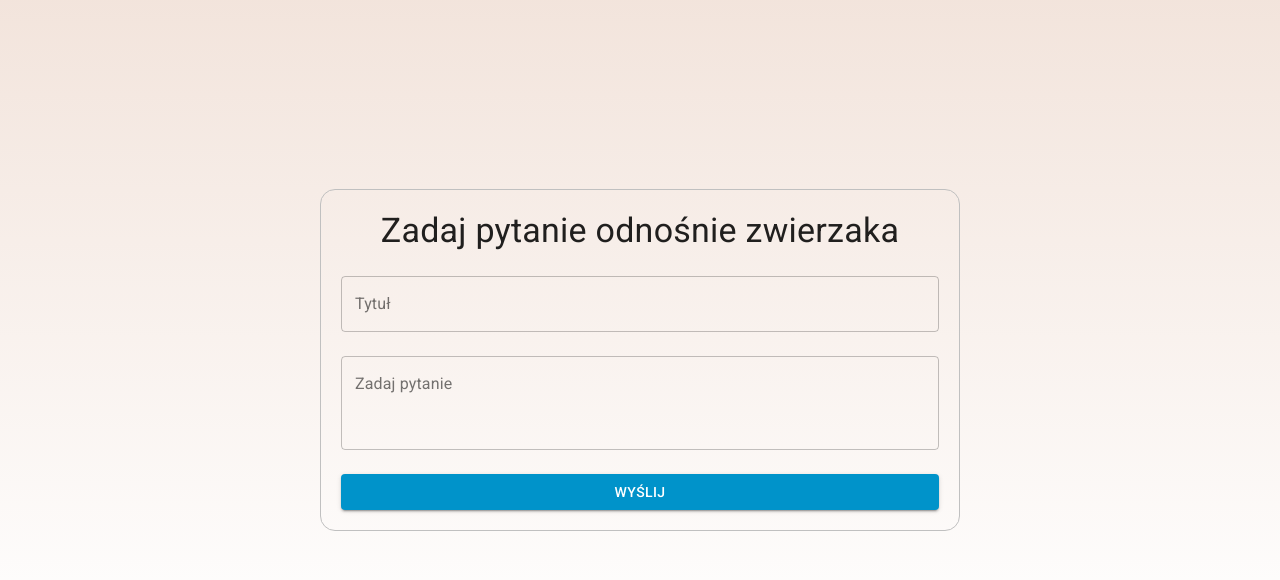
Repository: piotr-bocian/Projekt-5
Page: /
An editor plug-in stored every save of this project. The page is shown before and after the next save, followed by the edit.
The browser window is 1280 px wide. The pictures show the whole page.
The project was rebuilt for these pictures with package versions that can differ from the ones it lists, and the page was loaded fresh each time.

Above is the page before, as saved 2021-03-22 18:10:00.

After the next save:
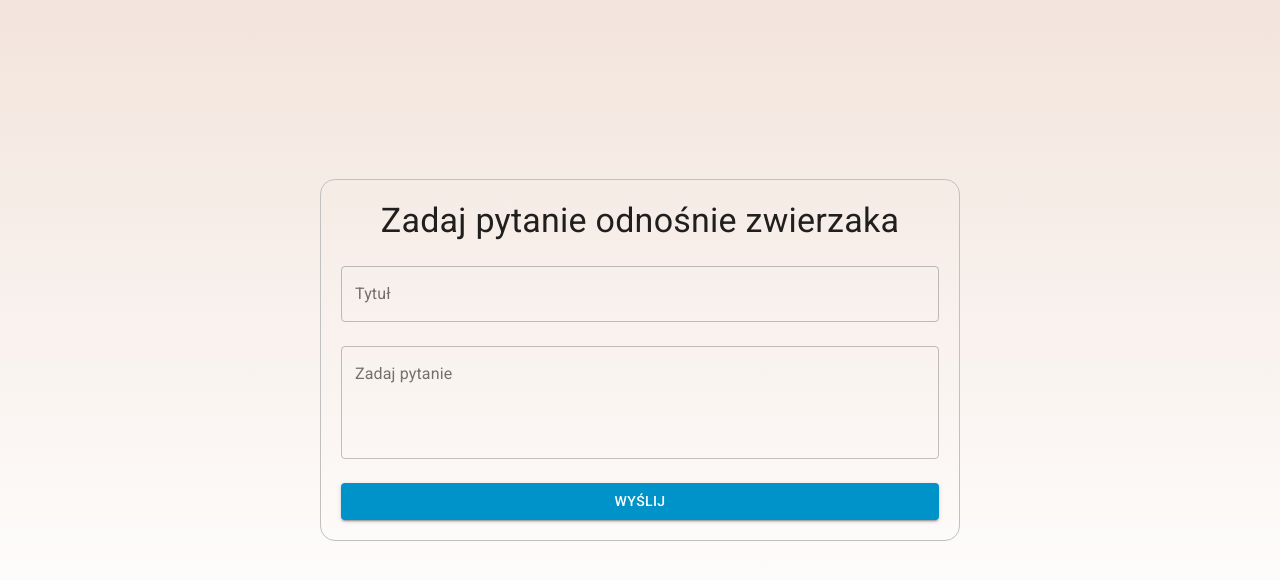
Saved 8 min 41 s later.
--- a/src/components/Organisms/AdotpionForm/AdotpionForm.js
+++ b/src/components/Organisms/AdotpionForm/AdotpionForm.js
@@ -41,7 +41,7 @@ const AdotpionForm = () => {
                         variant="outlined"
                         label="Zadaj pytanie"
                         multiline
-                        rows={3}
+                        rows={4}
                         value={question} onChange={(e) => setQuestion(e.target.value)}
                         fullWidth
                     />
